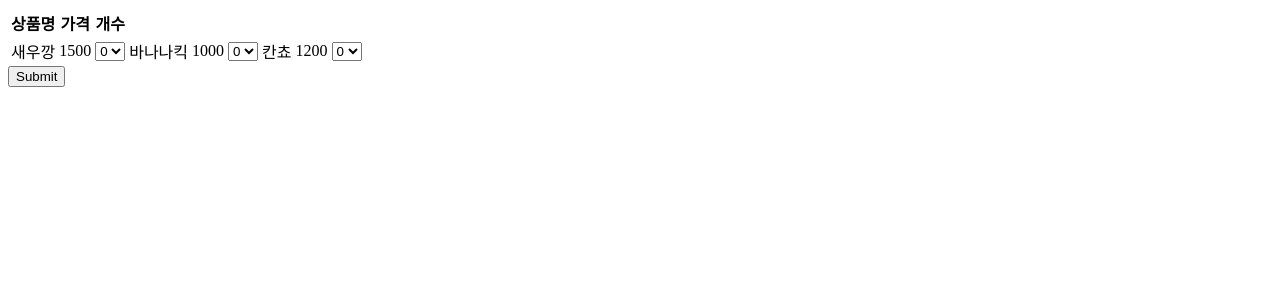
Repository: PARKJONGSUN88/multicampus_study
Page: 3-7. jsp, servletStudy Study/1. 실습/workspace2/web1/WebContent/product.html
An editor plug-in stored every save of this project. The page is shown before and after the next save, followed by the edit.
The browser window is 1280 px wide. The pictures show the whole page.

Above is the page before, as saved 2019-06-28 06:43:05.

After the next save:
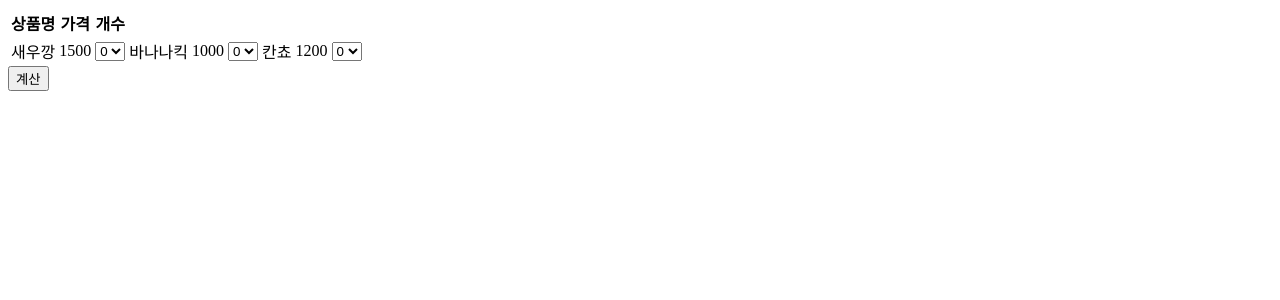
Saved 17 s later.
--- a/3-7. jsp, servletStudy Study/1. 실습/workspace2/web1/WebContent/product.html
+++ b/3-7. jsp, servletStudy Study/1. 실습/workspace2/web1/WebContent/product.html
@@ -15,7 +15,7 @@
 	<td>칸쵸</td><td>1200</td><td><select><option>0</option><option>1</option><option>2</option><option>3</option><option>4</option><option>5</option></select></td>
 </tr>
 </table>
-<input type="submit"
+<input type="submit" value="계산">
 
 </body>
 </html>
